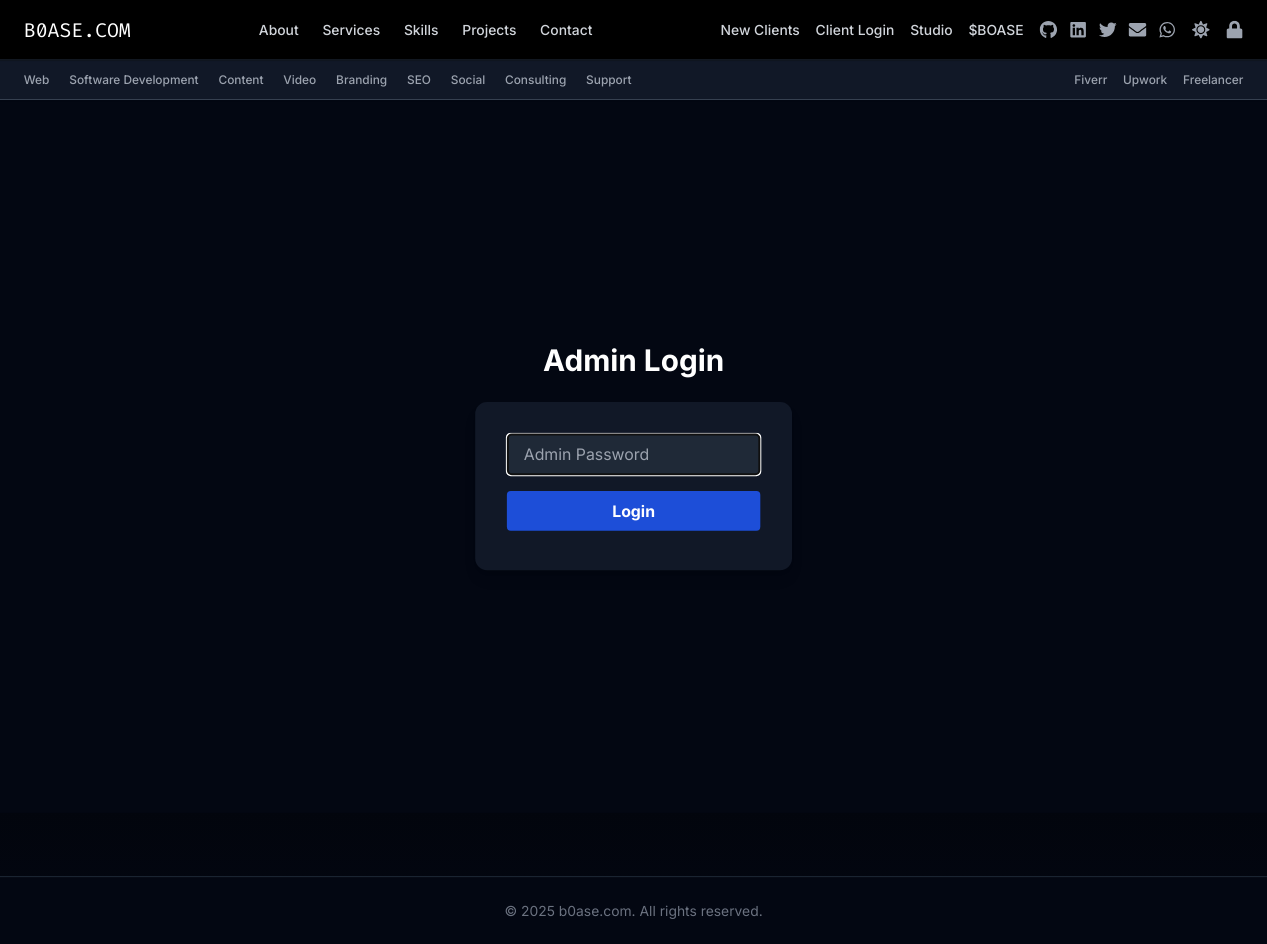
Repository: b0ase/rafskitchen
Page: /admin
The author's editor kept a copy of each file at every save. The page is drawn from the files as they stood at one save, then again after the next save.
The browser window is 1280 px wide. The pictures show the whole page, at 99% of full size.
The page's requests for data from a server got no answer. The project was rebuilt for these pictures with package versions that can differ from the ones it lists, and the page was loaded fresh each time. The framework's server and built-in components were replaced by stand-ins that run in the browser. No one was signed in, and anything a server would have sent is missing. Also part of the build but not shown: next.config.js.

Above is the page before, as saved 2025-05-03 21:57:42.

After the next save:
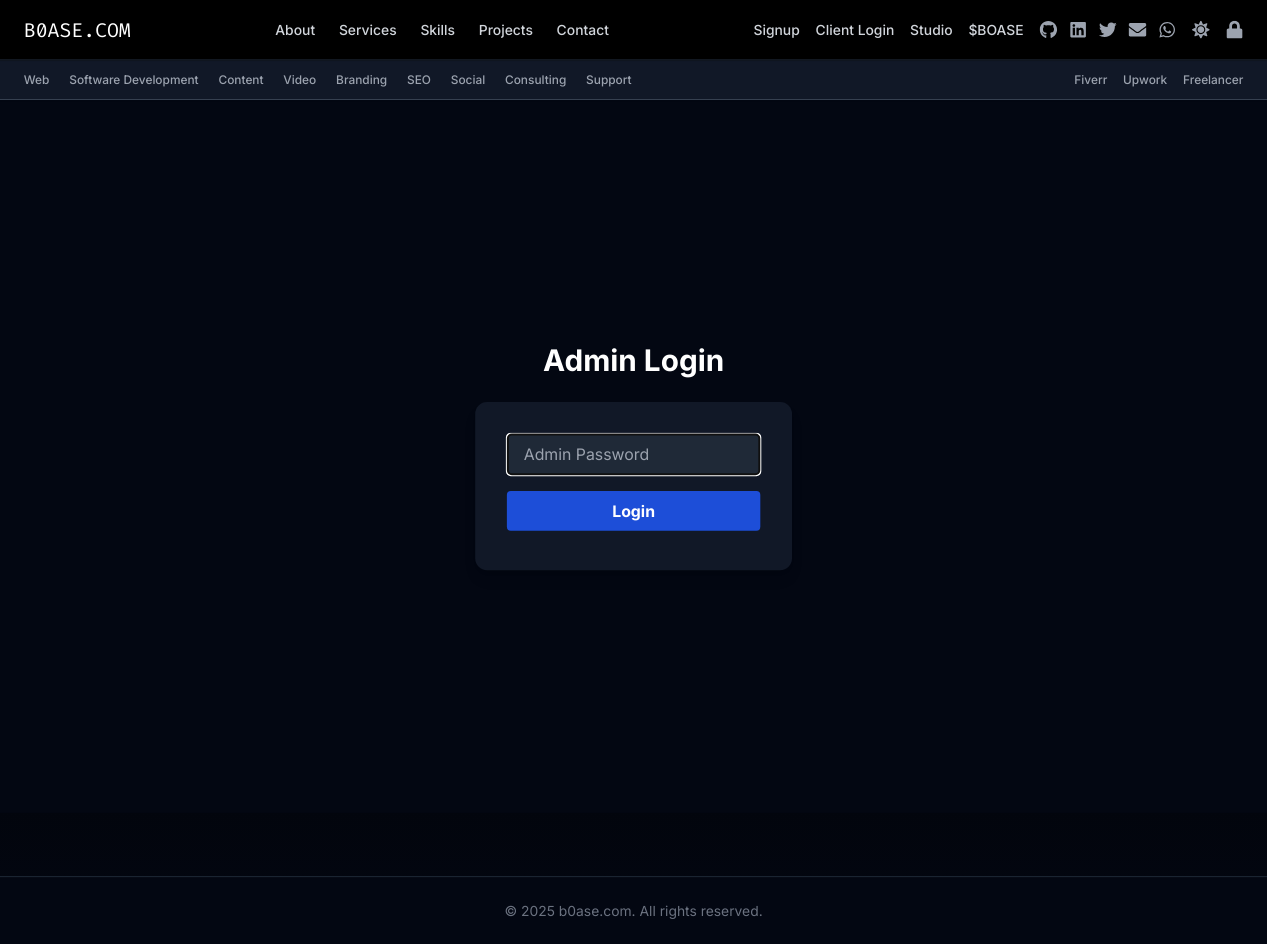
Saved 87 s later.
--- a/app/components/Header.tsx
+++ b/app/components/Header.tsx
@@ -32,7 +32,7 @@
   ];
 
   const utilityLinks = [
-    { name: 'New Clients', href: '/signup' },
+    { name: 'Signup', href: '/signup' },
     { name: 'Client Login', href: '/login' },
     { name: 'Studio', href: '/studio' },
     { name: '$BOASE', href: '/token' },
